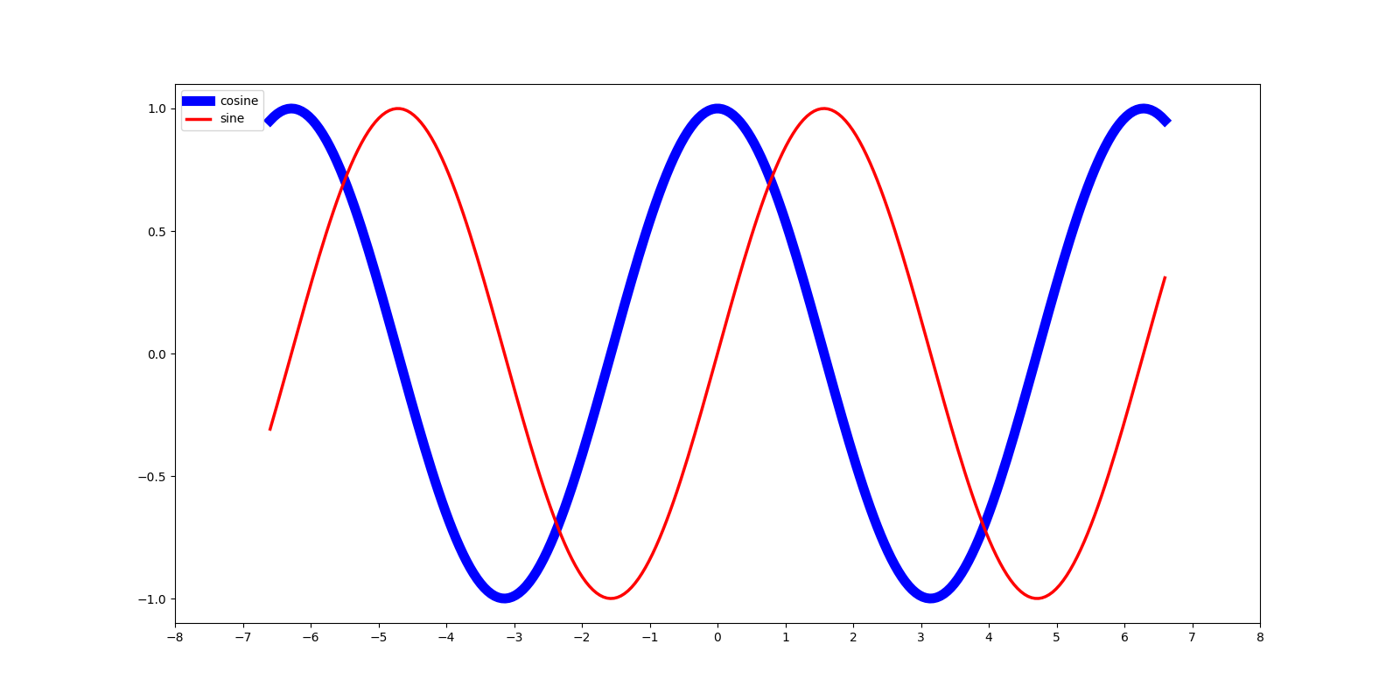
Repository: Jaamunozr/Archivos-python
Script's output: python Archivos Python/Graficas/ejecutable.py
The author's editor kept a copy of each file at every save. The script's output is drawn from the files as they stood at one save, then again after the next save.
Figures wider than 1,400 px are first shrunk to that width. Animations are shown at an early frame. Random numbers start from a fixed seed.

Above is the script's output before, as saved 2020-02-16 21:35:42.

After the next save:
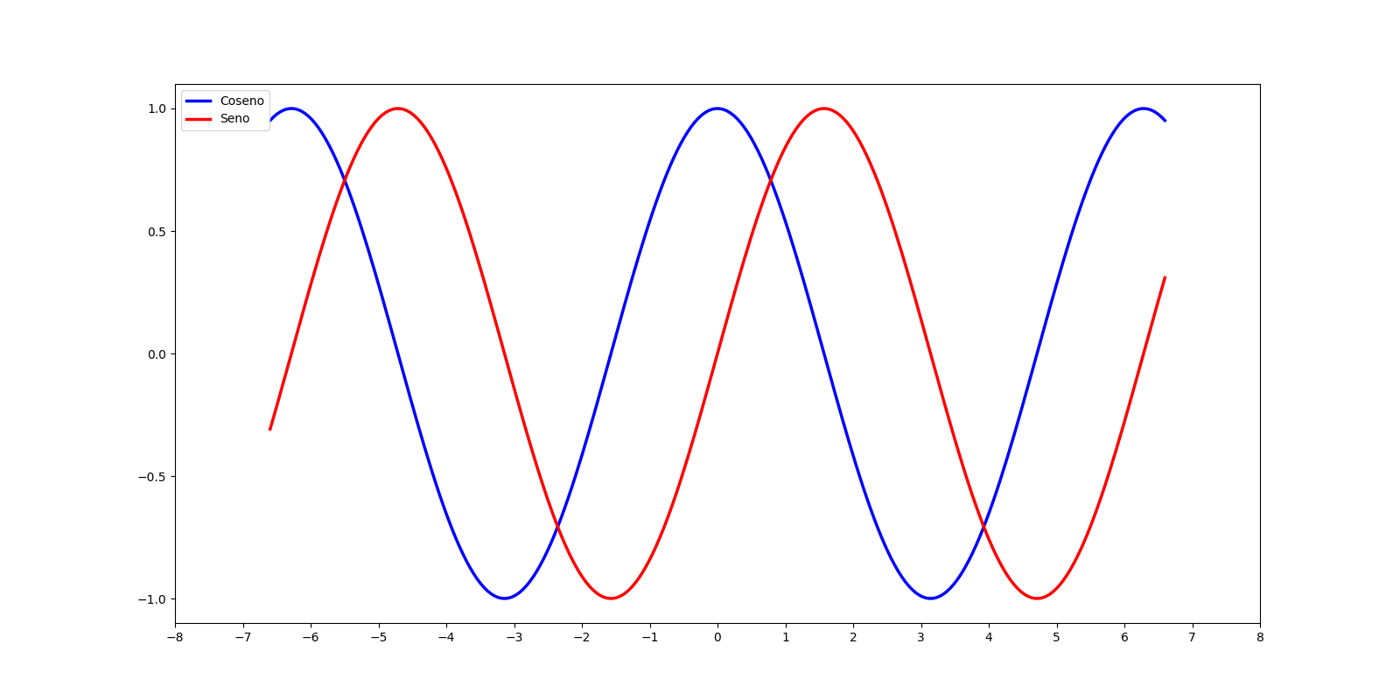
Saved 2 min 41 s later.
--- a/Archivos Python/Graficas/ejecutable.py
+++ b/Archivos Python/Graficas/ejecutable.py
@@ -48,9 +48,9 @@ ax.spines['left'].set_position(('data',0))'''
 #pl.xlim(X.min() * 1.1, X.max() * 1.1)
 pl.ylim(C.min() * 1.1, C.max() * 1.1)
 
-pl.plot(X, C, color="blue", linewidth=8, linestyle="-", label="cosine")
-pl.plot(X, S, color="red",  linewidth=2.5, linestyle="-", label="sine")
-
+#AGREGRA UNA LEYENDA
+pl.plot(X, C, color="blue", linewidth=2.5, linestyle="-", label="Coseno")
+pl.plot(X, S, color="red",  linewidth=2.5, linestyle="-", label="Seno")
 pl.legend(loc='upper left')
 
 # Mostrar resultado en pantalla (Con 2 segundos de muestreo)
